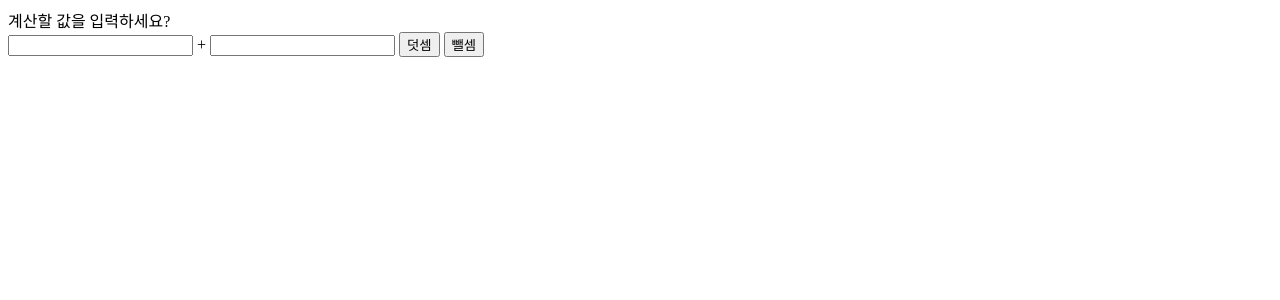
Repository: water-case/Servlet_JSP_JSPMVC
Page: workspace/JSPPrj/src/main/webapp/calc.html
These files come from the project's save history. The page is drawn as it stood at one moment and after the next save; the edit follows.
The browser window is 1280 px wide. The pictures show the whole page.

Above is the page before, as saved 2021-08-25 05:23:10.

### workspace/JSPPrj/src/main/webapp/calc.html
<!DOCTYPE html>
<html>
<head>
<meta charset="UTF-8">
<title>Insert title here</title>
</head>
<body>
	<div>
		<form action="calc" method="post">
			<div>
				<label>계산할 값을 입력하세요?</label>
			</div>
			<div>
				<input type="text" name="x" />
				<label>+</label>
				<input type="text" name="y" />
				<input type="submit" value="덧셈" />
				<input type="submit" value="뺄셈" />
			</div>
		</form>
	</div>
</body>
</html>

After the next save:
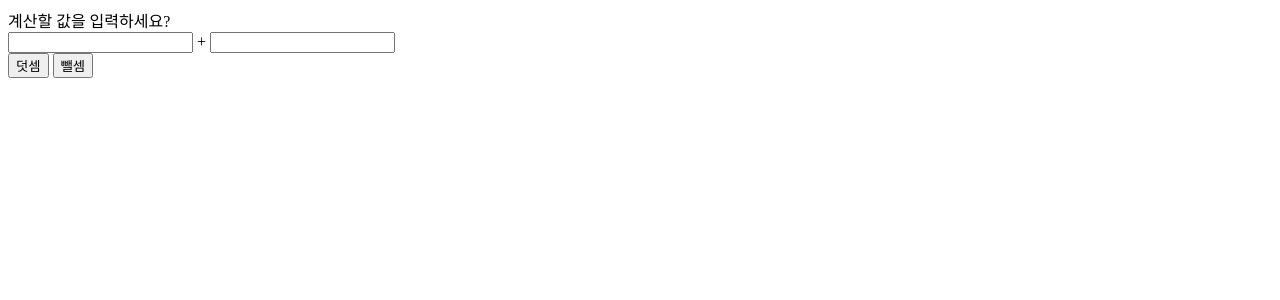
Saved 38 s later.
--- a/workspace/JSPPrj/src/main/webapp/calc.html
+++ b/workspace/JSPPrj/src/main/webapp/calc.html
@@ -13,7 +13,7 @@
 			<div>
 				<input type="text" name="x" />
 				<label>+</label>
-				<input type="text" name="y" />
+				<input type="text" name="y" /><br>
 				<input type="submit" value="덧셈" />
 				<input type="submit" value="뺄셈" />
 			</div>

After the save that followed:
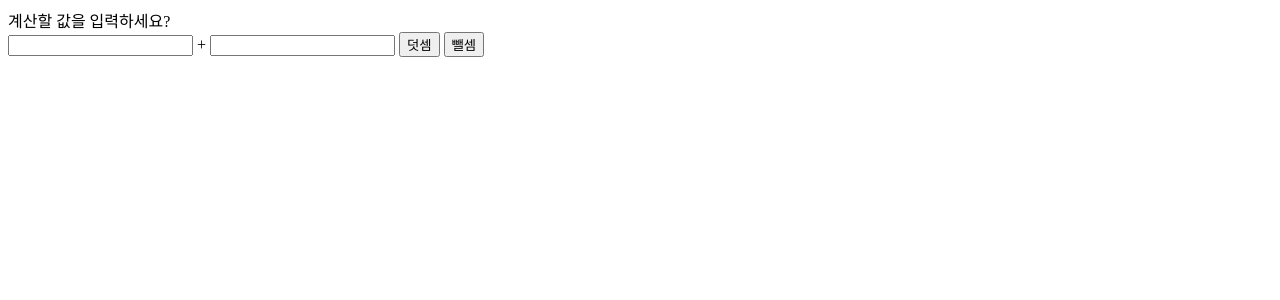
Saved 18 s later.
--- a/workspace/JSPPrj/src/main/webapp/calc.html
+++ b/workspace/JSPPrj/src/main/webapp/calc.html
@@ -13,7 +13,7 @@
 			<div>
 				<input type="text" name="x" />
 				<label>+</label>
-				<input type="text" name="y" /><br>
+				<input type="text" name="y" />
 				<input type="submit" value="덧셈" />
 				<input type="submit" value="뺄셈" />
 			</div>
